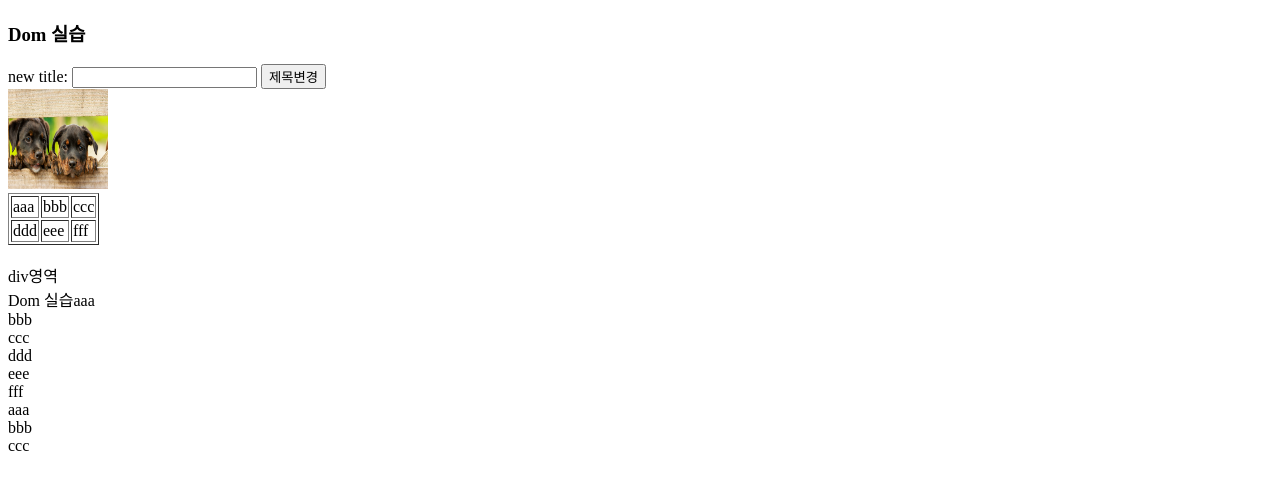
Repository: rmsudrmsud/SourceTree
Page: html/src/main/webapp/j3/getElement.html
These files come from the project's save history. The page is drawn as it stood at one moment and after the next save; the edit follows.
The browser window is 1280 px wide. The pictures show the whole page.

Above is the page before, as saved 2022-11-23 00:48:40.

### html/src/main/webapp/j3/getElement.html
<!DOCTYPE html>
<html>
<head>
<meta charset="UTF-8">
<title>Insert title here</title>
<script>
	onload = () => {
		let h3 = document.getElementsByTagName("h3")[0]; //getElementsByTagName : 요소가 하나밖에없어도 무조건배열에 담아줌
		/* alert(h3.innerHTML); */
		let myDiv = document.getElementById("myDiv"); //Id로검색은 하나니까 중복안됨
		myDiv.innerHTML += "<br/>" + h3.innerHTML; //+=을 써서 div값 지우지않고 추가해서 출력

		let txt="";
		let tdArr = document.getElementsByTagName("td");
		for(let td of tdArr){
			txt += td.innerHTML + "<br/>";
		}
		myDiv.innerHTML += txt;

		let txt2 = "";
		let classArr = document.getElementsByClassName("tr1");
		for(let td of classArr){
			txt2 += td.innerHTML + "<br/>";
		}
		myDiv.innerHTML += txt2;
	}
const a = () => {
	let titleEl = document.getElementById("title");
	let newTitle = titleEl.value; // 텍스트박스에 입력한 값
	let h3 = document.getElementsByTagName("h3")[0];
	h3.innerHTML = newTitle;
}
</script>
</head>
<body>
<h3>Dom 실습</h3>
new title: <input type="text" id="title">
<input type="button" value="제목변경" onclick="a()"><br/>
<img src="../img/dog.jpg" style="width:100px;height:100px"><br/>
<table border="1">
<tr>
	<td class="tr1">aaa</td>
	<td class="tr1">bbb</td>
	<td class="tr1">ccc</td>
</tr>
<tr>
	<td>ddd</td>
	<td>eee</td>
	<td>fff</td>
</tr>
</table><br/>
<div id="myDiv">div영역</div>
</body>
</html>

After the next save:
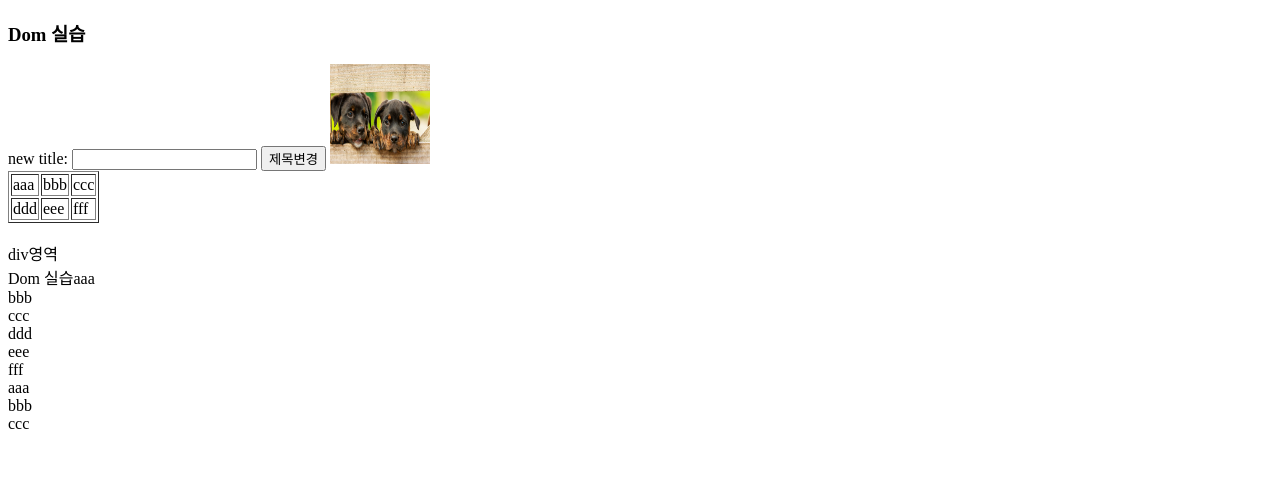
Saved 42 s later.
--- a/html/src/main/webapp/j3/getElement.html
+++ b/html/src/main/webapp/j3/getElement.html
@@ -35,7 +35,7 @@
 <body>
 <h3>Dom 실습</h3>
 new title: <input type="text" id="title">
-<input type="button" value="제목변경" onclick="a()"><br/>
+<input type="button" value="제목변경" onclick="a()">
 <img src="../img/dog.jpg" style="width:100px;height:100px"><br/>
 <table border="1">
 <tr>

After the save that followed:
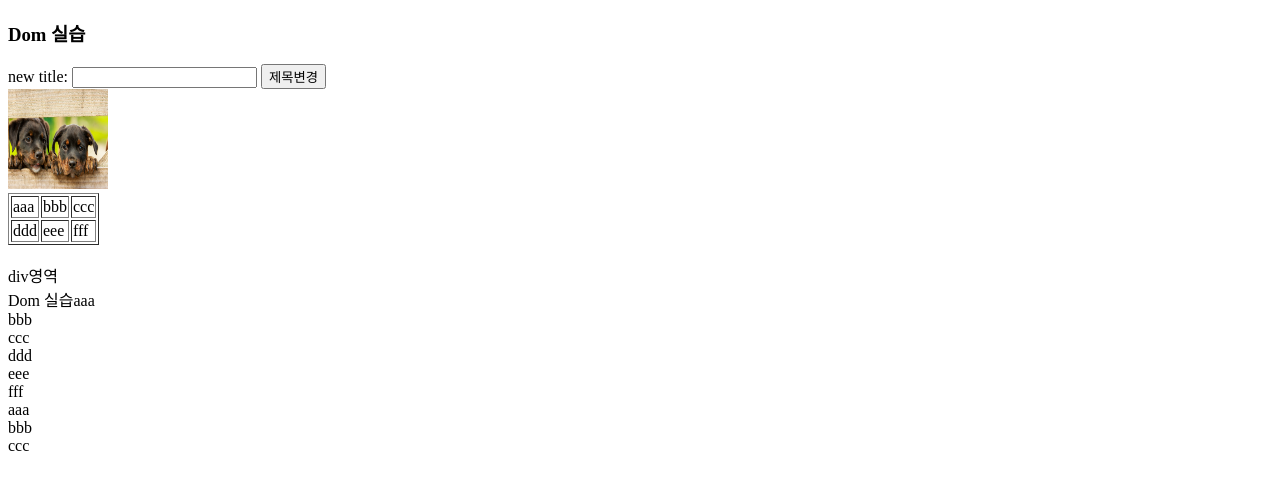
Saved 15 s later.
--- a/html/src/main/webapp/j3/getElement.html
+++ b/html/src/main/webapp/j3/getElement.html
@@ -35,7 +35,7 @@
 <body>
 <h3>Dom 실습</h3>
 new title: <input type="text" id="title">
-<input type="button" value="제목변경" onclick="a()">
+<input type="button" value="제목변경" onclick="a()"><br/>
 <img src="../img/dog.jpg" style="width:100px;height:100px"><br/>
 <table border="1">
 <tr>
